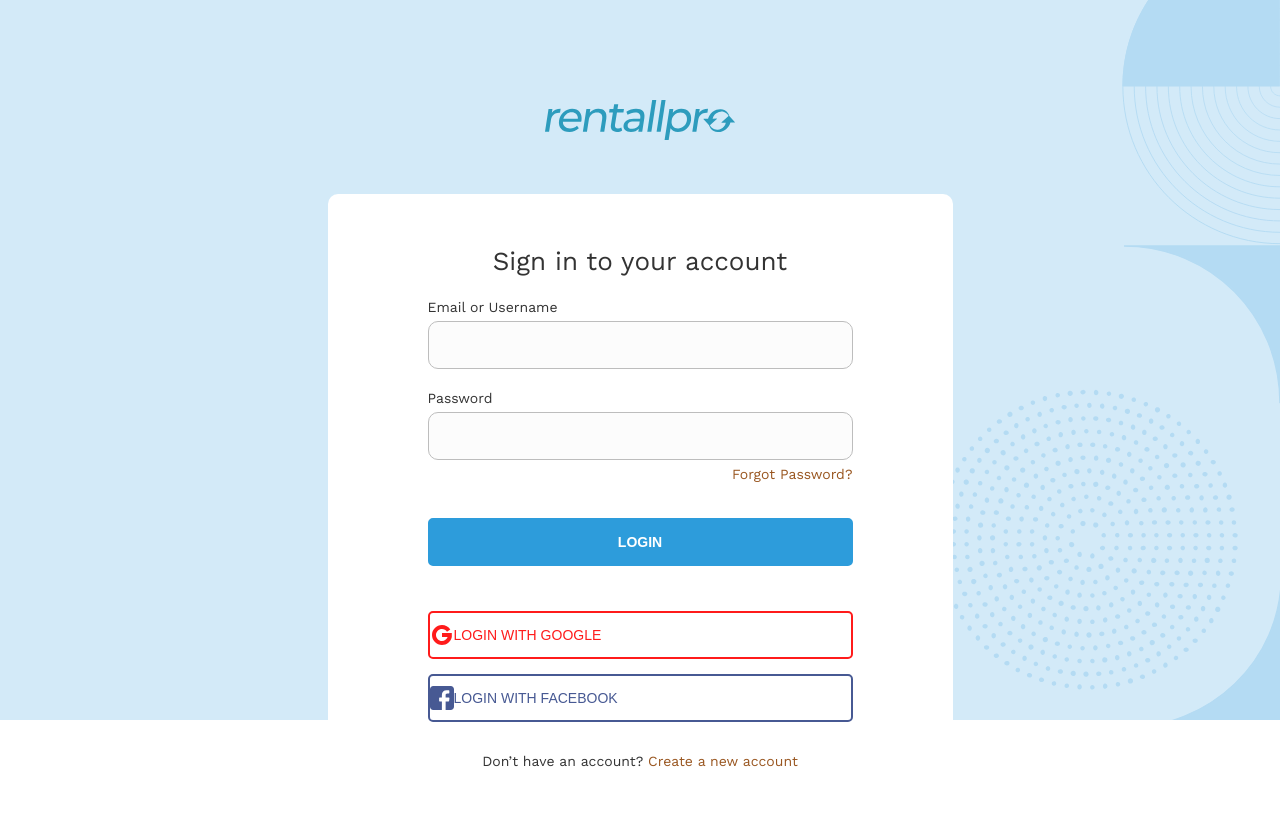
Repository: RentallPro/rentallpro-frontend
Page: /
These files come from the project's save history. The page is drawn as it stood at one moment and after the next save; the edit follows.
The browser window is 1280 px wide. The pictures show the whole page.
The project was rebuilt for these pictures with package versions that can differ from the ones it lists, and the page was loaded fresh each time.

Above is the page before, as saved 2020-12-09 23:25:57.

### public/index.html
<!DOCTYPE html>
<html lang="en">
  <head>
    <meta charset="utf-8">
    <meta http-equiv="X-UA-Compatible" content="IE=edge">
    <meta name="viewport" content="width=device-width,initial-scale=1.0">
    <link rel="icon" href="<%= BASE_URL %>favicon.ico">
    <link href="https://fonts.googleapis.com/css?family=Work+Sans&display=swap" rel="stylesheet">
    <title><%= htmlWebpackPlugin.options.title %></title>
  </head>
  <body>
    <noscript>
      <strong>We're sorry but <%= htmlWebpackPlugin.options.title %> doesn't work properly without JavaScript enabled. Please enable it to continue.</strong>
    </noscript>
    <div id="app"></div>
    <!-- built files will be auto injected -->
  </body>
</html>

### src/App.vue
<template>
  <div id="app">
    <router-view/>
  </div>
</template>

<style lang="scss">
* {
  margin: 0;
  padding: 0;
  box-sizing: border-box;
}
#app {
  font-family: 'Work Sans', sans-serif;
}
button {
  cursor: pointer;
}
</style>

### src/router/index.js
import Vue from 'vue'
import VueRouter from 'vue-router'
import Home from '../views/Auth/Home.vue'

Vue.use(VueRouter)

const routes = [
  {
    path: '/',
    name: 'Home',
    component: Home
  },
  {
    path: '/signup',
    name: 'SignUp',
    // route level code-splitting
    // this generates a separate chunk (about.[hash].js) for this route
    // which is lazy-loaded when the route is visited.
    component: () => import(/* webpackChunkName: "about" */ '../views/Auth/SignUp.vue')
  }
]

const router = new VueRouter({
  mode: 'history',
  base: process.env.BASE_URL,
  routes
})

export default router

### src/views/Auth/Home.vue
<template>
  <div class="auth signin">
    <div class="form-container">
      <div class="logo"><img src="@/assets/logo.svg" alt="logo"></div>
      <div class="form-wrapper">
        <h3 class="form-title">Sign in to your account</h3>
        <div class="input">
          <label for="Email">Email or Username</label>
          <input type="text">
        </div>
        <div class="input">
          <label for="password">Password</label>
          <input type="password">
          <p>Forgot Password?</p>
        </div>
        <button class="login-button button">
          LOGIN
        </button>
        <div class="social-buttons">
          <button class="google-button button">
            <svg width="24" height="24" viewBox="0 0 24 24" fill="none" xmlns="http://www.w3.org/2000/svg">
              <path d="M6 12C6 15.3137 8.68629 18 12 18C14.6124 18 16.8349 16.3304 17.6586 14H12V10H21.8047V14H21.8C20.8734 18.5645 16.8379 22 12 22C6.47715 22 2 17.5228 2 12C2 6.47715 6.47715 2 12 2C15.445 2 18.4831 3.742 20.2815 6.39318L17.0039 8.68815C15.9296 7.06812 14.0895 6 12 6C8.68629 6 6 8.68629 6 12Z" fill="#FF1B1B"/>
            </svg>
            <span>LOGIN WITH GOOGLE</span>
          </button>
          <button class="facebook-button button">
            <svg width="24" height="24" viewBox="0 0 24 24" fill="none" xmlns="http://www.w3.org/2000/svg">
              <path d="M20.7657 0H3.23405C1.44797 0 0 1.44791 0 3.23405V20.7658C0 22.552 1.44791 23.9999 3.23405 23.9999H11.8806L11.8953 15.4236H9.66721C9.37765 15.4236 9.14264 15.1895 9.14152 14.8999L9.13084 12.1354C9.12972 11.8443 9.36544 11.6077 9.65659 11.6077H11.8806V8.93651C11.8806 5.83661 13.7739 4.14869 16.5392 4.14869H18.8083C19.0986 4.14869 19.3341 4.38406 19.3341 4.67444V7.00547C19.3341 7.29573 19.0988 7.53104 18.8086 7.53122L17.4161 7.53187C15.9122 7.53187 15.621 8.24648 15.621 9.29522V11.6078H18.9255C19.2404 11.6078 19.4847 11.8827 19.4476 12.1954L19.1199 14.9599C19.0885 15.2244 18.8642 15.4237 18.5978 15.4237H15.6357L15.621 24H20.7658C22.5519 24 23.9998 22.5521 23.9998 20.766V3.23405C23.9998 1.44791 22.5519 0 20.7657 0Z" fill="#475993"/>
            </svg>
            <span>LOGIN WITH FACEBOOK</span>
          </button>
        </div>
        <p class="option">Don’t have an account? <span><router-link :to="{name: 'SignUp'}">Create a new account</router-link></span></p>
      </div>
    </div>
  </div>
</template>

<script>
// @ is an alias to /src

export default {
  name: 'Home',
  components: {
  }
}
</script>

<style lang="scss" src="./Home.scss" scoped></style>

### src/views/Auth/Home.scss
.signin {
    height: 100vh;
    padding-top: 100px;
}
.signup {
    padding: 100px 0;
}
.auth {
    background: #D3EAF8;
    background-image: url(../../assets/Patern.svg);
    background-repeat: no-repeat;
    background-position-y: top;
    background-position-x: right;
    width: 100%;
    .form-container {
        max-width: 625px;
        display: block;
        margin: auto;
        .button {
            height: 48px;
            width: 100%;
            border-radius: 5px;
            font-size: 14px;
            line-height: 18px;
        }
        .logo {
            text-align: center;
        }
        .form-wrapper {
            width: 100%;
            padding: 50px 100px;
            background: #FFFFFF;
            border-radius: 10px;
            margin-top: 50px;
            .form-title {
                font-style: normal;
                font-weight: 500;
                font-size: 26px;
                line-height: 34px;
                color: #333333;
                text-align: center;
            }
            .input {
                display: flex;
                flex-direction: column;
                margin-top: 20px;
                label {
                    font-style: normal;
                    font-weight: normal;
                    font-size: 14px;
                    line-height: 18px;
                    color: #333333;
                }
                input {
                    height: 48px;
                    background: #FCFCFC;
                    border: 1px solid #BDBDBD;
                    border-radius: 10px;
                    margin-top: 5px;
                }
                p {
                    font-weight: normal;
                    font-size: 14px;
                    line-height: 18px;
                    color: #995620;
                    text-align: right;
                    margin-top: 5px;
                }
            }
            .login-button {
                background: #2D9CDB;
                border: 2px solid #2D9CDB;
                font-style: normal;
                font-weight: bold;
                color: #FFFFFF;
                margin-top: 35px;
            }
            .social-buttons {
                margin-top: 45px;
                .google-button {
                    display: flex;
                    align-items: center;

                    color: #FF1B1B;
                    border: 2px solid #FF1B1B;
                    font-weight: 500;
                    background-color: #FFFFFF;
                }
                .facebook-button {
                    display: flex;
                    align-items: center;

                    color: #475993;
                    border: 2px solid #475993;
                    background-color: #FFFFFF;
                    font-weight: 500;
                    margin-top: 15px;
                }
            }
            .option {
                font-style: normal;
                font-weight: normal;
                font-size: 14px;
                line-height: 18px;
                color: #333333;
                text-align: center;
                margin-top: 30px;
                a {
                    color: #995620;
                    text-decoration: none;
                }
            }
        }
    }
}
@media screen and (max-width: 768px) {
    .signin {
        height: auto;
    }
    .auth {
        background-image: none;
        background-color: #FFFFFF;
        .form-container {
            padding-top: 75px;
            .logo {
                img {
                    height: 24px;
                }
            }
            .form-wrapper {
                padding: 20px;
            }
        }
    }
}

Loaded but not shown: src/main.js (common file); src/store/index.js (common file)

After the next save:
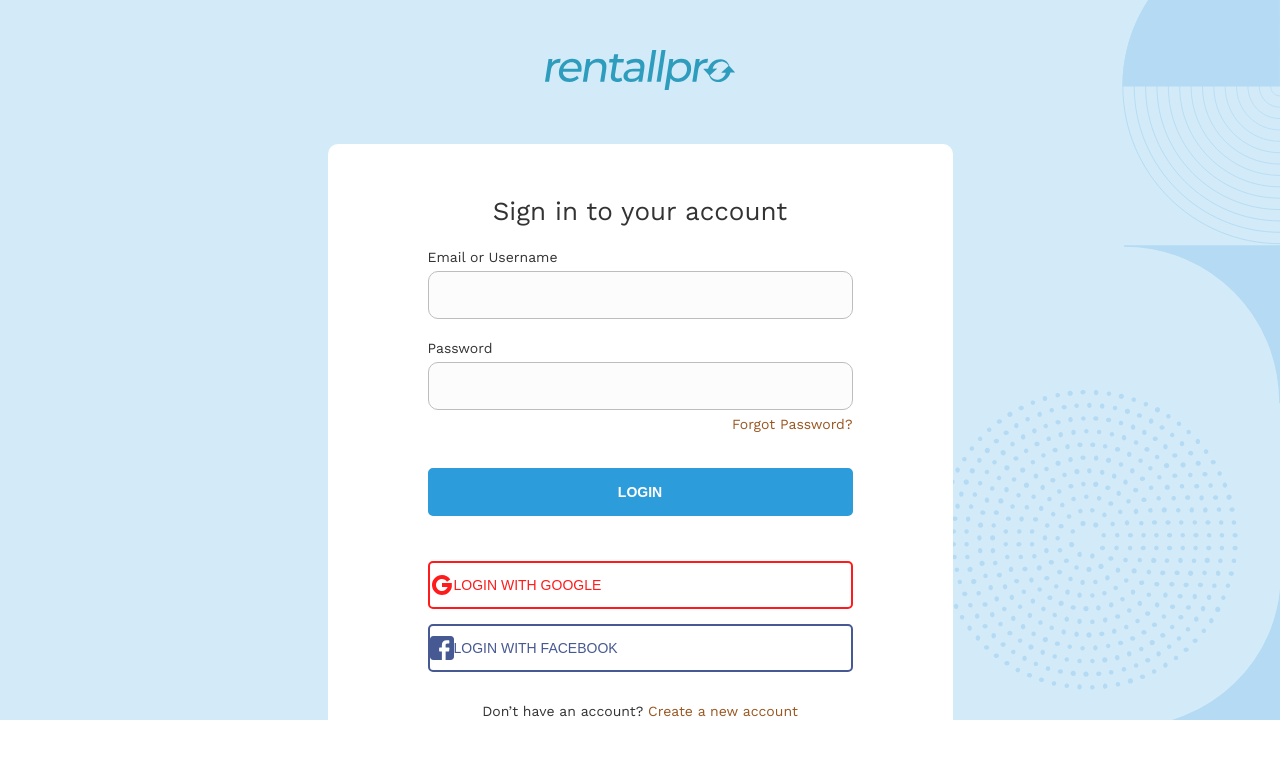
Saved 5 s later.
--- a/src/views/Auth/Home.scss
+++ b/src/views/Auth/Home.scss
@@ -1,6 +1,6 @@
 .signin {
     height: 100vh;
-    padding-top: 100px;
+    padding-top: 50px;
 }
 .signup {
     padding: 100px 0;
